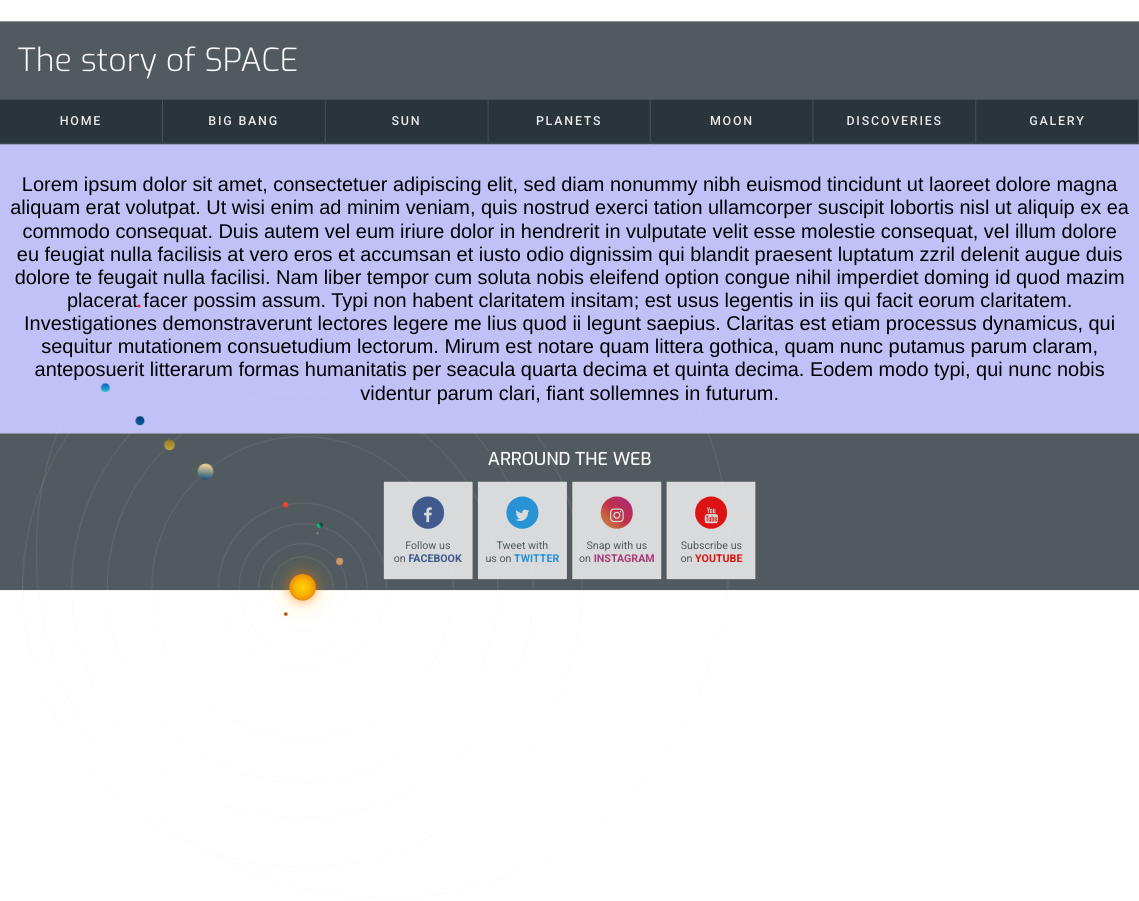
Repository: OlaQla/First-Milestones-Project
Page: index.html
The author's editor kept a record of every edit. The page is drawn from the files as they stood at one moment, then again after the next edit.
The browser window is 1280 px wide. The pictures show the whole page, at 89% of full size.
Backgrounds fixed to the window are drawn as part of the page. Some web libraries are served in a nearby version.

Above is the page before.

### index.html
<!DOCTYPE html>
<html lang="en">

<head>
    <meta charset="UTF-8">
    <meta name="viewport" content="width=device-width, initial-scale=1.0">
    <meta http-equiv="X-UA-Compatible" content="ie=edge">
    <title>Document</title>
    <link rel="stylesheet" href="https://maxcdn.bootstrapcdn.com/font-awesome/4.7.0/css/font-awesome.min.css" type="text/css" />
    <link rel="stylesheet" href="https://cdnjs.cloudflare.com/ajax/libs/hover.css/2.1.1/css/hover-min.css" type="text/css" />
    <link rel="stylesheet" href="https://cdnjs.cloudflare.com/ajax/libs/hover.css/2.1.1/css/hover-min.css" type="text/css" />
    <link rel="stylesheet" href="https://maxcdn.bootstrapcdn.com/font-awesome/4.7.0/css/font-awesome.min.css" type="text/css" />
    <link rel="stylesheet" href="main.css" type="text/css" />
</head>


<body>
    <header class="header">

        <div class="title">
            <h1>The story of <span>space</span></h1>
        </div>

        <nav class="menu" id="main-menu">
            <button class="menu-toggle" id="toggle-menu"> toggle menu </button>
            <div class="menu-dropdown">
                <ul class="nav-menu">
                    <li class="item-color  menuitem"><a href="#" class="home-button"><span >Home</span></a></li>
                    <li class="item-color  menuitem"><a href="#" class="bigBang-button"><span >Big Bang</span></a></li>
                    <li class="item-color  menuitem"><a href="# " class="sun-button"><span>Sun</span></a></li>

                    <div class=dropdown>
                        <li class="item-color menuitem"><a href="#" class="planets-button"><span>Planets</span></a>
                        </li>
                        <ul class="dropdown-content">
                            <li class="dropdownItem"><a href="" class="dropdownLink"><span>Mercury</span></a></li>
                            <li class="dropdownItem"><a href="" class="dropdownLink"><span>Venus</span></a></li>
                            <li class="dropdownItem"><a href="" class="dropdownLink"><span>Earth</span></a></li>
                            <li class="dropdownItem"><a href="" class="dropdownLink"><span>Mars</span></a></li>
                            <li class="dropdownItem"><a href="" class="dropdownLink"><span>Jupiter</span></a></li>
                            <li class="dropdownItem"><a href="" class="dropdownLink"><span>Saturn</span></a></li>
                            <li class="dropdownItem"><a href="" class="dropdownLink"><span>Uranus</span></a></li>
                            <li class="dropdownItem"><a href="" class="dropdownLink"><span>Neptun</span></a></li>
                        </ul>
                    </div>

                    <li class="item-color  menuitem"><a href="#" class="moon-button"><span>Moon</span></a></li>
                    <li class="item-color  menuitem"><a href="#" class="discoverires-button"><span >Discoveries</span></a></li>
                    <li class="item-color menuitem"><a href="#" class="galery-button"><span>Galery</span></a></li>
                </ul>
            </div>
        </nav>

    </header>
    <section class="wraper">
        <div class="container">
            <div class="column-main">

                <div class="solar">

                    <div class="sun"></div>

                    <div class="mercury-orbit">
                        <div class="mercury"></div>
                    </div>

                    <div class="venus-orbit">
                        <div class="venus"></div>
                    </div>

                    <div class="earth-orbit">
                        <div class="earth"></div>

                        <div class="moon-orbit">
                            <div class="moon"></div>
                        </div>
                    </div>

                    <div class="mars-orbit">
                        <div class="mars"></div>
                    </div>

                    <div class="jupiter-orbit">
                        <div class="jupiter"></div>
                    </div>

                    <div class="saturn-orbit">
                        <div class="saturn"></div>
                    </div>

                    <div class="uranus-orbit">
                        <div class="uranus"></div>
                    </div>

                    <div class="neptune-orbit">
                        <div class="neptune"></div>
                    </div>

                    <div class="pluto-orbit">
                        <div class="pluto"></div>
                    </div>

                    <div class="asteroids-orbit">
                        <div class="asteroids"></div>
                    </div>


                </div>

            </div>

            <div class="column-sidebar">
                <p>Lorem ipsum dolor sit amet, consectetuer adipiscing elit, sed diam nonummy nibh euismod tincidunt ut laoreet dolore magna aliquam erat volutpat. Ut wisi enim ad minim veniam, quis nostrud exerci tation ullamcorper suscipit lobortis nisl
                    ut aliquip ex ea commodo consequat. Duis autem vel eum iriure dolor in hendrerit in vulputate velit esse molestie consequat, vel illum dolore eu feugiat nulla facilisis at vero eros et accumsan et iusto odio dignissim qui blandit praesent
                    luptatum zzril delenit augue duis dolore te feugait nulla facilisi. Nam liber tempor cum soluta nobis eleifend option congue nihil imperdiet doming id quod mazim placerat facer possim assum. Typi non habent claritatem insitam; est
                    usus legentis in iis qui facit eorum claritatem. Investigationes demonstraverunt lectores legere me lius quod ii legunt saepius. Claritas est etiam processus dynamicus, qui sequitur mutationem consuetudium lectorum. Mirum est notare
                    quam littera gothica, quam nunc putamus parum claram, anteposuerit litterarum formas humanitatis per seacula quarta decima et quinta decima. Eodem modo typi, qui nunc nobis videntur parum clari, fiant sollemnes in futurum.</p>
            </div>
        </div>

    </section>

    <footer>
        <div class="conteiner-footer clearfix">



            <div class="section-media">
                <h5 class="uppercase general-sub">Arround The Web</h5>
                <ul class="social-links">
                    <li class="list-item">
                        <a target="_blank" href="#">
                            <i class="fa fa-facebook facebook-icon" aria-hidden="true"></i>
                            <span class="sr-only">Facebook</span>
                        </a>
                        <p>Follow us </br> on <span class="facebook-text">facebook</span></p>
                    </li>
                    <li class="list-item">
                        <a target="_blank" href="#">
                            <i class="fa fa-twitter twitter-icon" aria-hidden="true"></i>
                            <span class="sr-only">Twitter</span>
                        </a>
                        <p>Tweet with </br> us on <span class="twitter-text">twitter</span></p>
                    </li>

                    <li class="list-item">
                        <a target="_blank" href="#">
                            <i class="fa fa-instagram insta-icon" aria-hidden="true"></i>
                            <span class="sr-only">Instagram</span>
                        </a>
                        <p>Snap with us </br> on <span class="insta-text">Instagram</span></p>
                    </li>
                    <li class="list-item">
                        <a target="_blank" href="#">
                            <i class="fa fa-youtube youtube-icon" aria-hidden="true"></i>
                            <span class="sr-only">YouTube</span>
                        </a>
                        <p>Subscribe us </br> on <span class="youtube-text">YouTube</span></p>
                    </li>
                </ul>
            </div>
        </div>
    </footer>
    <script type="text/javascript">
        (function() {
            var button = document.getElementById('toggle-menu');
            button.addEventListener('click', function(event) {
                event.preventDefault();
                var menu = document.getElementById('main-menu');
                menu.classList.toggle('is-open');
            });
        })();
    </script>
</body>

</html>

### main.css
@import url('https://fonts.googleapis.com/css?family=Roboto:100,200,300,400,500,600,700|Exo:100,200,300,400,500,600,700');

:root {
    box-sizing: border-box;
    font-size: calc(1vw + 0.6em);
}

*,
*::before,
*::after {
    box-sizing: inherit;
}


body {
    margin: 0;
    font-family: Helvetica, Arial, sans-serif;
}


/*-----------------------------------------------dropdown*/

.dropdown {
    display: inline-block;
    position: relative;
    margin: 0;
    padding: 0;
}

.dropdown-content {
    display: none;
    position: absolute;
    list-style: none;
    background-color: #dae2e5;
    min-width: 250px;
    box-shadow: 0px 8px 16px 0px rgba(0, 0, 0, 0.2);
    z-index: 1;

}

.dropdownLink {
    width: 100%;
    text-decoration: none;
    display: block;
    background-color: #dae2e5;
    border-bottom: 1px solid #c3cfd5;
    padding: 10px 5px;

}

.dropdown:hover .dropdown-content {
    display: block;
}

.dropdownLink span {
    font-family: "Roboto", sans-serif;
    display: block;
    width: 100%;
    text-align: left;
    text-transform: uppercase;
    font-size: 14px;
    font-weight: 400;
    letter-spacing: 2px;
}


.item-color {
    background-color: #263238;
    opacity: 0.9;
}




/*-----------------------------------------------Header*/

.header {
    padding: 0px;
    background-color: #515a5f;
    font-family: "Exo", sans-serif;


}


.title {
    color: #fafafa;
    font-size: 16px;
    margin: 0;

}

.title span {
    text-transform: uppercase;
    font-weight: 300;
}

.title h1 {
    font-weight: 300;
    color: #fafafa;
    padding: 20px;
    margin-bottom: 0px;
}


/*-----------------------------------------------Nav-Menu*/

.menu {
    position: relative;
}

.nav-menu {

    list-style: none;
    margin-top: 0;
}


.menuitem {

    text-decoration: none;
    height: 50px;
    text-align: left;
    padding: 0;
    border-bottom: 2px solid #37474F;
}

.menuitem a {
    text-decoration: none;
    color: #fafafa;

}

.menuitem span {
    font-family: "Roboto", sans-serif;
    display: block;
    width: 100%;
    padding: 15px 15px;
    text-align: left;
    text-transform: uppercase;
    font-size: 14px;
    font-weight: 400;
    letter-spacing: 2px;
}

.menu-toggle {
    position: absolute;
    top: -1.5em;
    right: 2px;
    border: 0;
    background-color: transparent;
    font-size: 35px;
    width: 1em;
    height: 1em;
    line-height: 0.4em;
    text-indent: 5em;
    white-space: nowrap;
    overflow: hidden;
}

.menu-toggle::after {
    position: absolute;
    top: 0.2em;
    left: 0.2em;
    display: block;
    content: "\2261";
    text-indent: 0;


}

button {
    color: #2BBBAD;
    padding: 0;

}

.menu-dropdown {
    display: none;
    position: absolute;
    right: 0;
    left: 0;
    margin-top: 0px;


}

.menu.is-open .menu-dropdown {
    display: block;

}

/*-----------------------------------------------Media-Header*/

@media (min-width: 768px) {
    .title>h1 {
        font-size: 2.25em;
    }
}

@media (min-width: 560px) {
    .header>h1 {
        padding: 1em;
    }
}

@media (min-width: 768px) {
    .menu-toggle {
        display: none;
    }

    .menu-dropdown {
        display: block;
        position: static;
    }
}

@media (min-width: 768px) {
    .nav-menu {
        display: flex;
        border: 0;
        padding: 0;
        margin: 0;
    }

}

@media (min-width: 768px) {
    .nav-menu>li {
        flex: 1;
        border-right: 1px #515a5f solid;
    }
    .nav-menu>div {
        flex: 1;
        border-right: 1px #515a5f solid;
    }

    .nav-menu>li>a>span {
        text-align: center;
        padding: 15px 15px;
        font-weight: 500;
    }

    .nav-menu>div>li>a {
        text-align: center;

        font-weight: 500;
        padding: 0;
        display: block;
    }

    .nav-menu>li>a {
        text-align: center;
        font-weight: 500;
        padding: 0;
        display: block;
    }

}

.nav-menu>div>li>a>span {
    text-align: center;
    font-weight: 500;
    padding: 15px 15px;
}



@media (min-width: 768px) {

    .home-button :hover {
        color: #2BBBAD;


    }
    .bigBang-button :hover {
        color: #4285F4;
    }
    .sun-button :hover {
        color: #ffff00;
    }
    .planets-button:hover {
        color: #00C851;
    }
    .moon-button :hover {
        color: #ffb300;
    }
    .discoverires-button:hover {
        color: rgba(205, 220, 57, 0.7);
    }
    .galery-button :hover {
        color: rgba(0, 188, 212, 0.7);
    }

    li {

        transition-duration: 1s;
        transition-timing-function: easy-in-out;
    }

    li:hover {
        transform: scale(1.1);

    }
}

@media (max-width: 767px) {
    .dropdown:hover .dropdown-content {
        display: none;
    }

    .dropdown {
        display: block;
        margin: 0;
        padding: 0;
    }

    .dropdown .planets-button span {
        width: 100%;
        text-align: left;
        padding-left: 15px 15px;
        font-weight: 400;
    }
}


/*-----------------------------------------------Footer*/

footer {
    display: block;
    background-color: #515a5f;
    color: #fafafa;
    min-height: 120px;
    margin: 0;


}


.general-sub {
    font-family: "Exo", sans-serif;
    text-align: center;
    font-size: 20px;
    font-weight: 500;
    color: #fafafa;
    margin: 0px
}


.section-media {
    width: 100%;
    float: center;
    padding-top: 15px;
    margin-right: 0;
}

.clearfix:after {
    content: " ";
    visibility: hidden;
    display: block;
    height: 0;
    clear: both;
}


.uppercase {
    text-transform: uppercase;
}



.inline-block {
    display: inline-block;
}

.social-links {
    display: block;
    text-align: center;
    list-style: none;
    padding: 10px 5px;
    margin: 0;
}

.list-item {
    margin: 2px 0;
    width: 100px;
    height: 90px;
    padding: 5px 5px;
    display: inline-table;
    background-color: #fafafa;
    opacity: 0.8;
}

.facebook-icon {
    background-color: #3C5A99;
}

.facebook-text {
    color: #3C5A99;
}

.twitter-icon {
    background-color: #1DA1F2;
}

.twitter-text {
    color: #1DA1F2;
}

.insta-icon {
    background: linear-gradient(45deg, #f09433 0%, #e6683c 25%, #dc2743 50%, #cc2366 75%, #bc1888 100%);
}

.insta-text {
    color: #c13584;
}

.youtube-icon {
    background-color: #ff0000;
}

.youtube-text {
    color: #ff0000;
}

.social-links p {
    font-family: Roboto, sans-serif;
    color: #515a5f;
    font-size: 12px;
    font-weight: 400;
    text-align: center;
}

.social-links p span {
    text-transform: uppercase;
    font-weight: bolder;
}

.social-links li a i {
    width: 36px;
    height: 36px;
    padding: 18px 0;
    margin-top: 12px;
    border-radius: 50%;
    font-size: 18px;
    line-height: 7px;
    text-align: center;
    color: #fafafa;
    transition: all 0.35s ease-in-out;
    -moz-transition: all 0.35s ease-in-out;
    -webkit-transition: all 0.35s ease-in-out;
    -o-transition: all 0.35s ease-in-out;
}


@media (min-width: 768px) {
    .section-download i {

        transition-duration: 1s;
        transition-timing-function: easy-in-out;
    }

    .section-download i:hover {
        transform: scale(1.1);

    }
}

/*-----------------------------------------------HomePage*/

/*.container {
    display: flex;
}

.container>*+* {
    margin-top: 0;
    margin-left: 0px;
}

.column-main {
    flex: 2;
}

.column-sidebar {
    flex: 1;
}


/*--------------------------------------------column-main */
.column-sidebar{
    background-color: #c1c1f8;
    text-align: center;
    padding: 10px 10px;
}
.column-main {
    font: Arial, sans-serif;
    color: #fff;
    background-image: radial-gradient(circle, #03031a, #06071e, #070b23, #080e27, #07112c, #06112d, #06122d, #05122e, #05102b, #040e27, #030b24, #020821);
    background-attachment: fixed;
    background-repeat: no-repeat;
    border-right: 2px solid #fafafa;

}
  .solar{
    position: absolute;
    top: 50%;
    left: 50%;
    margin-top: 300px;
    margin-left: -300px;
}

.sun {
    width: 30px;
    height: 30px;
    border-radius: 100%;
    position: absolute;
    top: 50%;
    left: 50%;
    transform: translate(-50%, -50%);
    background: radial-gradient(ellipse at center, #ffd000 1%, #f9b700 39%, #f9b700 39%, #e06317 100%);
    box-shadow: 0 0 10px 2px rgba(255, 107, 0, 0.4), 0 0 22px 11px rgba(255, 203, 0, 0.13);
}


.mercury-orbit {
    height: 70px;
    width: 70px;
    border-radius: 100%;
    position: absolute;
    top: 50%;
    left: 50%;
    transform: translate(-50%, -50%);
    margin-top: -35px;
    margin-left: -35px;
    border: 1px rgba(219, 219, 219, 0.15) solid;
    animation: spin 7s infinite linear;
}

.mercury {
    height: 4px;
    width: 4px;
    border-radius: 100%;
    position: absolute;
    top: 50%;
    left: 50%;
    transform: translate(-50%, -50%);
    margin-top: -25px;
    margin-left: -25px;
    background: #b34700;
}

.venus-orbit {
    height: 100px;
    width: 100px;
    border-radius: 100%;
    position: absolute;
    top: 50%;
    left: 50%;
    transform: translate(-50%, -50%);
    margin-top: -50px;
    margin-left: -50px;
    border: 1px rgba(219, 219, 219, 0.15) solid;
    animation: spin 18s infinite linear;
}

.venus {
    height: 8px;
    width: 8px;
    border-radius: 100%;
    position: absolute;
    top: 50%;
    left: 50%;
    transform: translate(-50%, -50%);
    margin-top: -36px;
    margin-left: -36px;
    background: #cc9966;
}

.earth-orbit {
    height: 145px;
    width: 145px;
    border-radius: 100%;
    position: absolute;
    top: 50%;
    left: 50%;
    transform: translate(-50%, -50%);
    margin-top: -72px;
    margin-left: -72px;
    border: 1px rgba(219, 219, 219, 0.15) solid;
    animation: spin 30s infinite linear;
}

.earth {
    height: 6px;
    width: 6px;
    border-radius: 100%;
    position: absolute;
    top: 50%;
    left: 50%;
    transform: translate(-50%, -50%);
    margin-top: -52px;
    margin-left: -52px;
    background: linear-gradient(#051937, #12EB8D);
}

.moon-orbit {
    height: 18px;
    width: 18px;
    border-radius: 100%;
    position: absolute;
    top: 50%;
    left: 50%;
    transform: translate(-50%, -50%);
    margin-top: -61px;
    margin-left: -61px;
    border: 1px rgba(219, 219, 219, 0.0) solid;
    animation: spin 2s infinite linear;
}

.moon {
    height: 3px;
    width: 3px;
    border-radius: 100%;
    position: absolute;
    top: 50%;
    left: 50%;
    transform: translate(-50%, -50%);
    margin-top: -8px;
    margin-left: -8px;
    background: grey;
    animation: spin 1s infinite linear;
}

.mars-orbit {
    height: 190px;
    width: 190px;
    border-radius: 100%;
    position: absolute;
    top: 50%;
    left: 50%;
    transform: translate(-50%, -50%);
    margin-top: -95px;
    margin-left: -95px;
    border: 1px rgba(219, 219, 219, 0.15) solid;
    animation: spin 54s infinite linear;
}

.mars {
    height: 6px;
    width: 6px;
    border-radius: 100%;
    position: absolute;
    top: 50%;
    left: 50%;
    transform: translate(-50%, -50%);
    margin-top: -67px;
    margin-left: -67px;
    background: linear-gradient(#f85032, #e73827);
}


.jupiter-orbit {
    height: 340px;
    width: 340px;
    border-radius: 100%;
    position: absolute;
    top: 50%;
    left: 50%;
    transform: translate(-50%, -50%);
    margin-top: -170px;
    margin-left: -170px;
    border: 1px rgba(219, 219, 219, 0.15) solid;
    animation: spin 360s infinite linear;
}



.jupiter {
    height: 18px;
    width: 18px;
    border-radius: 100%;
    position: absolute;
    top: 50%;
    left: 50%;
    transform: translate(-50%, -50%);
    margin-top: -120px;
    margin-left: -120px;
    background: linear-gradient(#ffd89b, #19547b);
}

.saturn-orbit {
    height: 440px;
    width: 440px;
    border-radius: 100%;
    position: absolute;
    top: 50%;
    left: 50%;
    transform: translate(-50%, -50%);
    margin-top: -220px;
    margin-left: -220px;
    border: 1px rgba(219, 219, 219, 0.15) solid;
    animation: spin 900s infinite linear;
}

.saturn {
    height: 12px;
    width: 12px;
    border-radius: 100%;
    position: absolute;
    top: 50%;
    left: 50%;
    transform: translate(-50%, -50%);
    margin-top: -155px;
    margin-left: -155px;
    background: linear-gradient(#947429, #BEA83F);
}

.uranus-orbit {
    height: 520px;
    width: 520px;
    border-radius: 100%;
    position: absolute;
    top: 50%;
    left: 50%;
    transform: translate(-50%, -50%);
    margin-top: -260px;
    margin-left: -260px;
    border: 1px rgba(219, 219, 219, 0.15) solid;
    animation: spin 2520s infinite linear;
}

.uranus {
    height: 10px;
    width: 10px;
    border-radius: 100%;
    position: absolute;
    top: 50%;
    left: 50%;
    transform: translate(-50%, -50%);
    margin-top: -185px;
    margin-left: -185px;
    background: linear-gradient(#093B7C, #0A6096);
}

.neptune-orbit {
    height: 630px;
    width: 630px;
    border-radius: 100%;
    position: absolute;
    top: 50%;
    left: 50%;
    transform: translate(-50%, -50%);
    margin-top: -315px;
    margin-left: -315px;
    border: 1px rgba(219, 219, 219, 0.15) solid;
    animation: spin 4950s infinite linear;
}

.neptune {
    height: 10px;
    width: 10px;
    border-radius: 100%;
    position: absolute;
    top: 50%;
    left: 50%;
    transform: translate(-50%, -50%);
    margin-top: -223px;
    margin-left: -223px;
    background: linear-gradient(#0F59B9, #28C2D1);
}

.pluto-orbit {
    height: 780px;
    width: 780px;
    border-radius: 100%;
    position: absolute;
    top: 50%;
    left: 50%;
    transform: translate(-50%, -50%);
    margin-top: -430px;
    margin-left: -300px;
    border: 1px rgba(219, 219, 219, 0.15) solid;
    animation: spin 7440s infinite linear;
}

.pluto {
    height: 3px;
    width: 3px;
    border-radius: 100%;
    position: absolute;
    top: 50%;
    left: 50%;
    transform: translate(-50%, -50%);
    margin-top: -275px;
    margin-left: -275px;
    background: red;
}



@keyframes spin {
    from {
        transform: rotate(0);
    }

    to {
        transform: rotate(360deg);
    }
}



 @media (max-width:767px)  {

After the next edit:
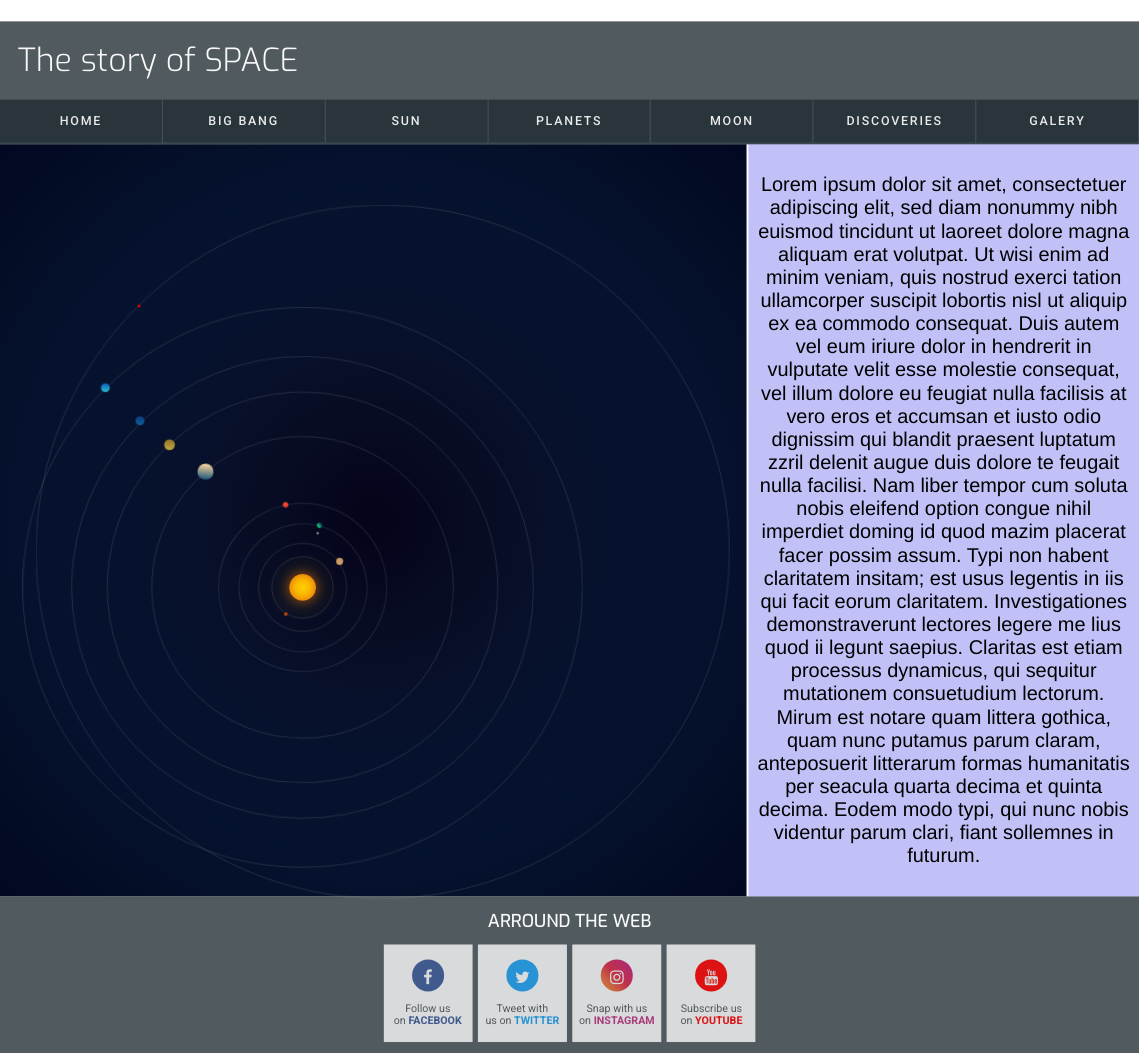
The edit:
--- a/main.css
+++ b/main.css
@@ -468,7 +468,7 @@
 
 /*-----------------------------------------------HomePage*/
 
-/*.container {
+.container {
     display: flex;
 }
 
